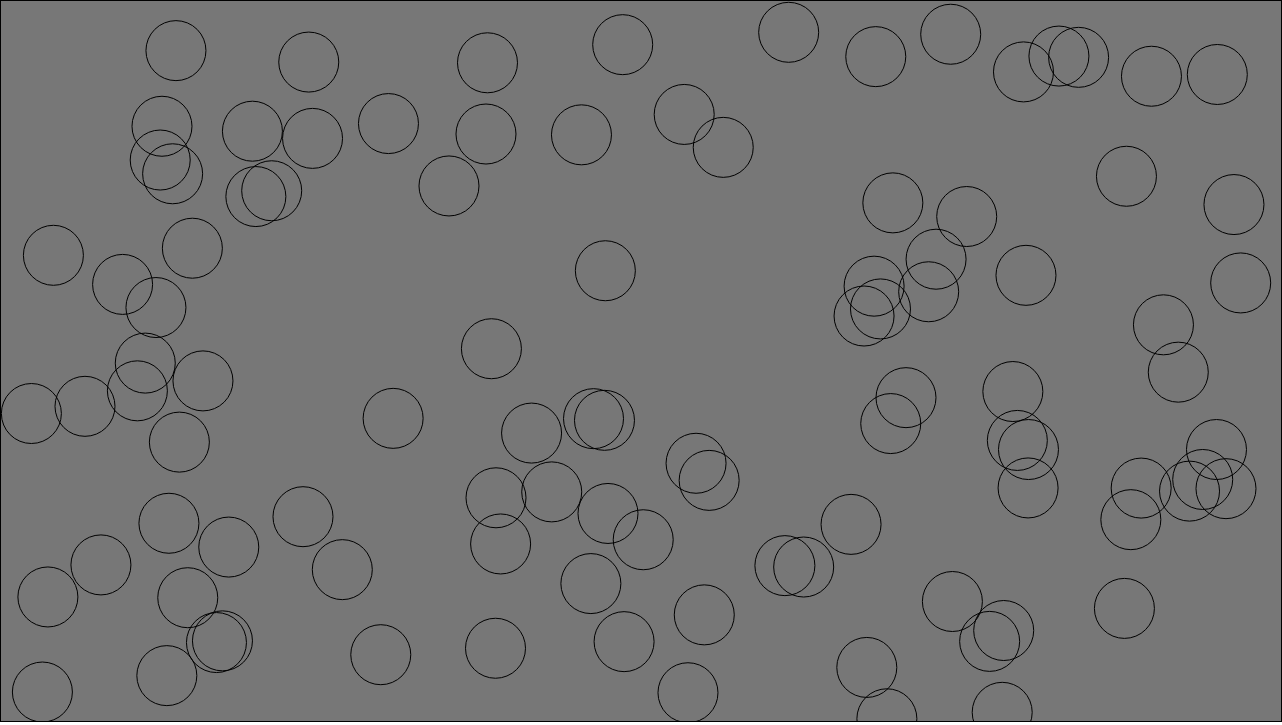
Repository: tenlekdan/particle-effect
Page: inidex.html
An editor plug-in stored every save of this project. The page is shown before and after the next save, followed by the edit.
The browser window is 1280 px wide. The page is 1282 px wide, so the pictures cover 1282 px, including what lies to the right of the window. The pictures show the whole page.

Above is the page before, as saved 2019-12-26 17:22:03.

After the next save:
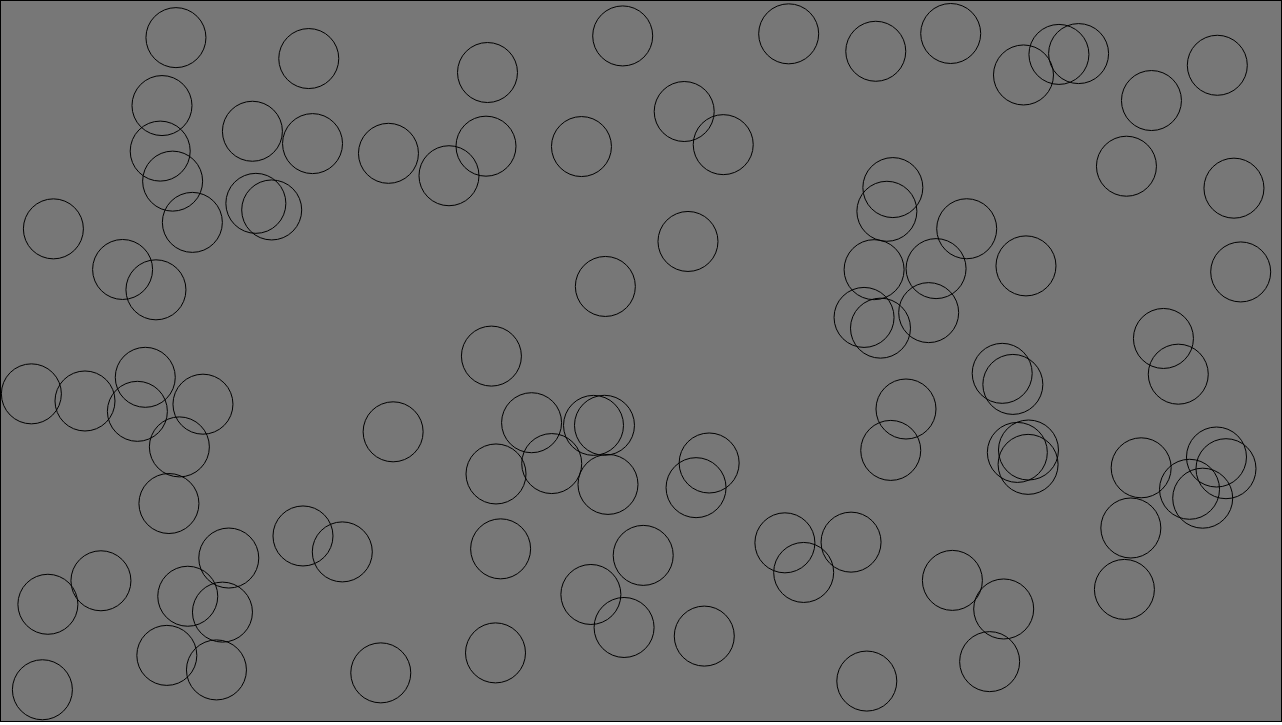
Saved 72 s later.
--- a/canvas.js
+++ b/canvas.js
@@ -51,8 +51,8 @@
 
     for (let i = 0; i < 100; i++) {
         let radius = 30;
-        let x = Math.random() * (innerWidth - radius*2) + radius;
-        let y = Math.random() * innerHeight;
+        let x = Math.random() * (innerWidth - radius * 2) + radius;
+        let y = Math.random() * (innerHeight - radius * 2) + radius;
         let dx = (Math.random() - .5) * 8;
         let dy = (Math.random() - .5) * 8;
 
